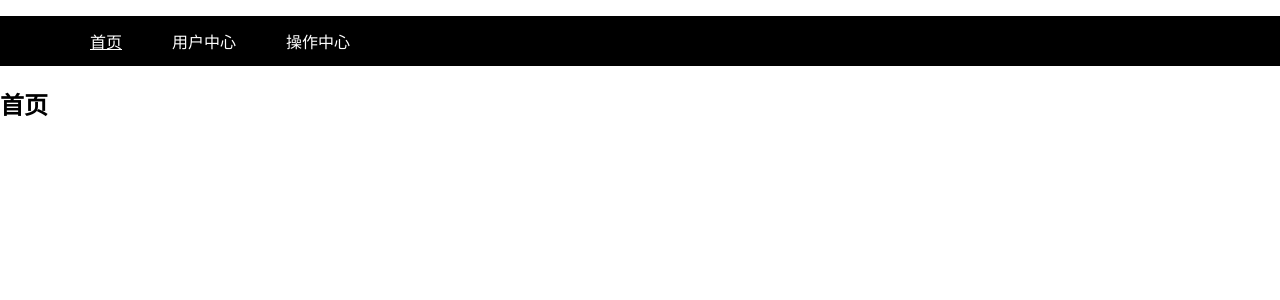
Repository: zhenzhen-gong/react-learning
Page: /
These files come from the project's save history. The page is drawn as it stood at one moment and after the next save; the edit follows.
The browser window is 1280 px wide. The pictures show the whole page.
The first visible `a` is being pressed.
The project was rebuilt for these pictures with package versions that can differ from the ones it lists, and the page was loaded fresh each time. Also part of the build but not shown: src/component/qianTaoRouter/userCenter.js, src/component/qianTaoRouter/handleCenter.js.

Above is the page before, as saved 2021-04-18 23:36:51.

After the next save:
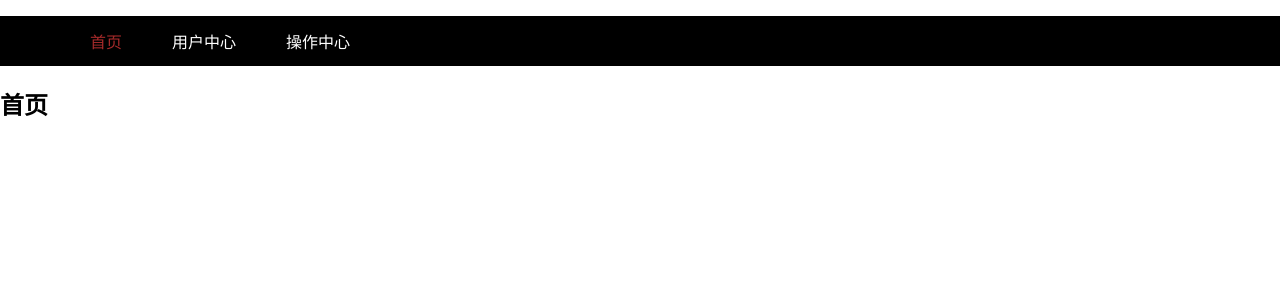
Saved 14 s later.
--- a/src/index.less
+++ b/src/index.less
@@ -11,7 +11,7 @@
             text-decoration:none;
         }
         a:active {
-            text-decoration:underline;
+            color: brown;
         }
     }
   }
